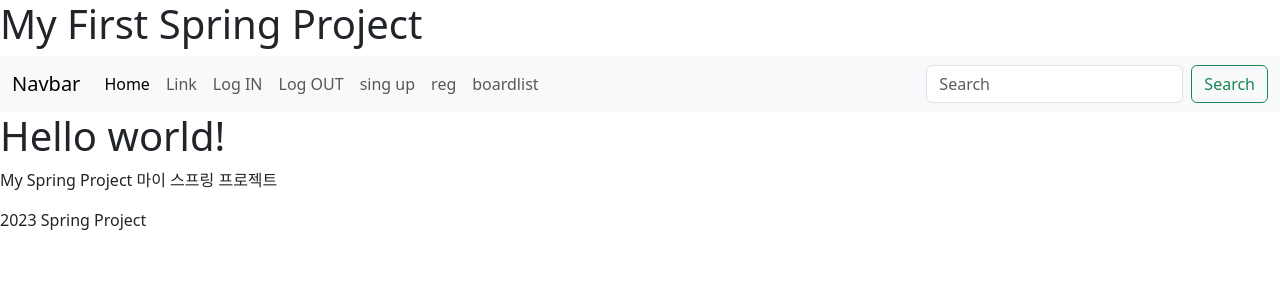
Repository: gatsby5959/_springTest
Page: http://localhost/spring-Test/WEB-INF/views/index.jsp
The author's editor kept a copy of each file at every save. The page is drawn from the files as they stood at one save, then again after the next save.
The browser window is 1280 px wide. The pictures show the whole page.
The page is served by Tomcat 9. Nobody is signed in. The template is opened directly, without the code that normally fills it, so the values that code supplies are empty.

Above is the page before, as saved 2023-10-05 07:22:04.

After the next save:
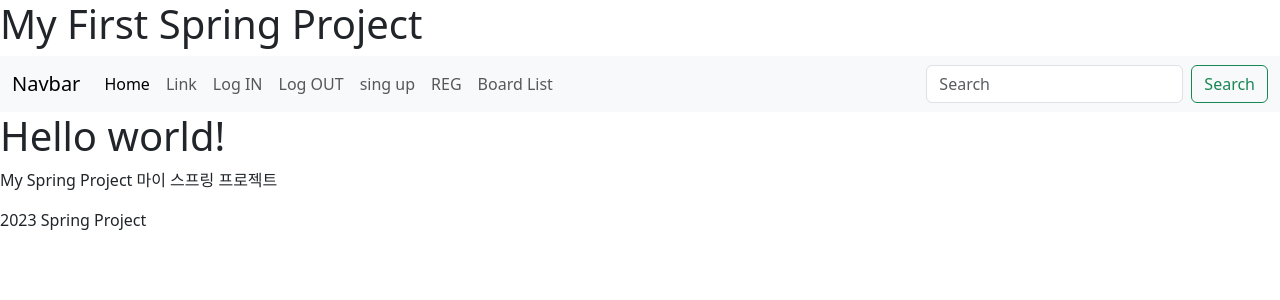
Saved 46 s later.
--- a/spring-Test/src/main/webapp/WEB-INF/views/layout/header.jsp
+++ b/spring-Test/src/main/webapp/WEB-INF/views/layout/header.jsp
@@ -48,10 +48,10 @@
           <a class="nav-link" href="#">sing up</a>
         </li>
         <li class="nav-item">
-          <a class="nav-link" href="#">reg</a>
+          <a class="nav-link" href="/board/register">REG</a> <!-- 컨트롤러의 board의 register로 가라 -->
         </li>
         <li class="nav-item">
-          <a class="nav-link" href="#">boardlist</a>
+          <a class="nav-link" href="#">Board List</a>
         </li>
       </ul>
       <form class="d-flex" role="search">
